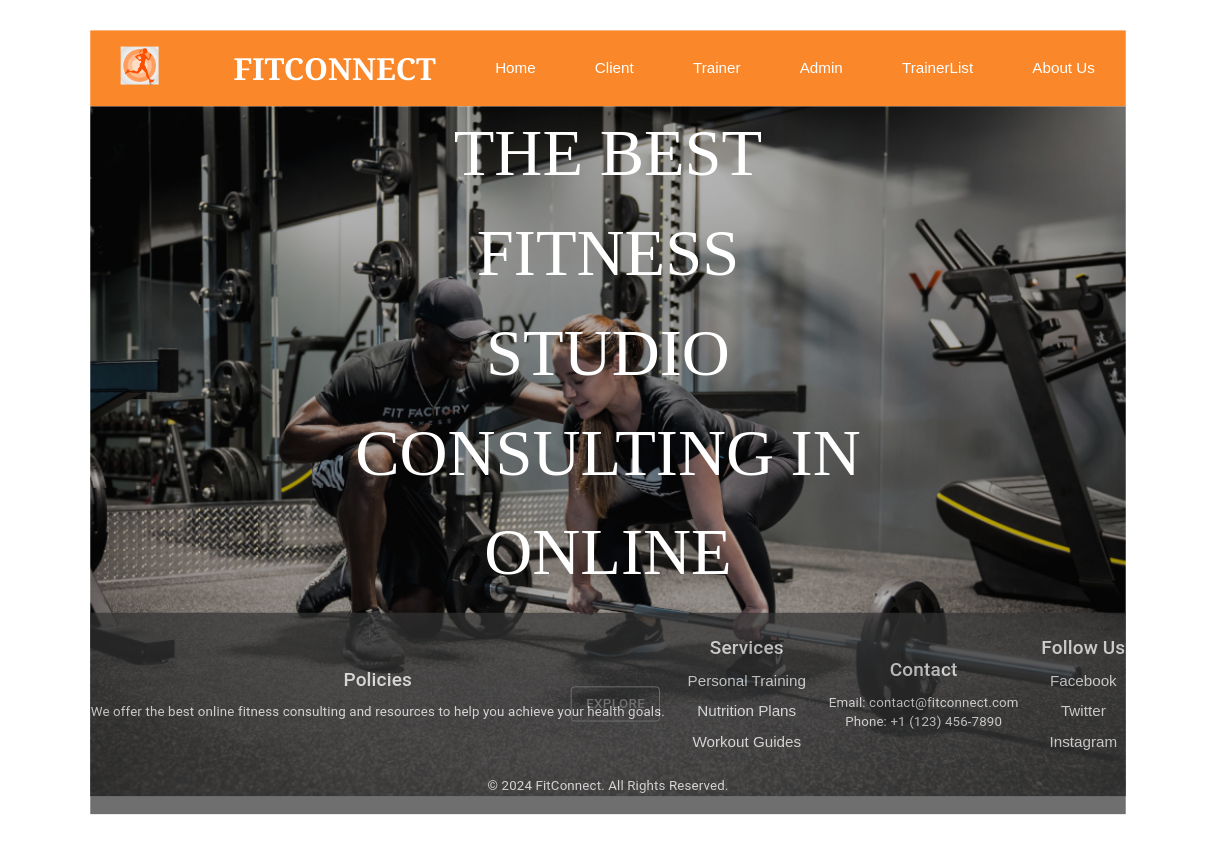
Repository: sarathraj2002/fitconnect
Page: / (app in Frontend/)
These files come from the project's save history. The page is drawn as it stood at one moment and after the next save; the edit follows.
The browser window is 1280 px wide. The pictures show the whole page, at 95% of full size.
The project was rebuilt for these pictures with package versions that can differ from the ones it lists, and the page was loaded fresh each time. Also part of the build but not shown: Frontend/vite.config.js, Frontend/src/components/ClientPage.jsx, Frontend/src/components/TrainerPage.jsx, Frontend/src/components/AdminPage.css, Frontend/src/components/AdminPage.jsx, Frontend/src/components/TrainerListPage.jsx, Frontend/src/components/AboutUs.jsx, Frontend/src/components/ClientRegister.css and 5 more.

Above is the page before, as saved 2024-11-17 22:40:05.

### Frontend/index.html
<!doctype html>
<html lang="en">
  <head>
    <meta charset="UTF-8" />
    <link rel="icon" type="image/svg+xml" href="/vite.svg" />
    <meta name="viewport" content="width=device-width, initial-scale=1.0" />
    <title>FitConnect</title>
  </head>
  <body>
    <div id="root"></div>
    <script type="module" src="/src/main.jsx"></script>
  </body>
</html>

### Frontend/src/App.jsx
import React from 'react';
import { useState } from 'react'
import './App.css'
import { Route, Routes } from 'react-router-dom';
import NavBar from './components/NavBar';
import ClientPage from './components/ClientPage.jsx';
import TrainerPage from './components/TrainerPage';
import AdminPage from './components/AdminPage';
import TrainerListPage from './components/TrainerListPage';
import AboutUs from './components/AboutUs.jsx';
import Home from './components/Home.jsx';
import ClientRegister from './components/ClientRegister.jsx';
import Blog from './components/Blog.jsx';
import TrainerRegister from './components/TrainerRegister.jsx';
import TrainerProfile from './components/TrainerProfile.jsx';

function App() {
  const [count, setCount] = useState(0)

  return (
    <>


      <NavBar />
      <Routes>
        <Route path="/" element={<Home />}></Route>
        <Route path="/client" element={<ClientPage />}></Route>
        <Route path="/trainer" element={<TrainerPage />} ></Route>
        <Route path="/admin" element={<AdminPage />}></Route>
        <Route path="/trainerlist" element={<TrainerListPage />}></Route>
        <Route path="/about" element={<AboutUs />}></Route>
        <Route path="/register" element={<ClientRegister />}></Route>
        <Route path="/trainerregister" element={<TrainerRegister />}></Route>
        <Route path="/blog" element={<Blog/>}></Route>
        <Route path="/profile" element={<TrainerProfile />}></Route>

      </Routes>



    </>
  )
}

export default App

### Frontend/src/components/Navbar.jsx
import React from 'react';
import { Link } from 'react-router-dom';
import './navbar.css';
import { assets } from '../assets/assets';
const Navbar = () => {
  return (
     <nav className="navbar">
    {/* Logo */}
    <div className="navbar-logo">
      <img src={assets.logo} alt="Logo" />
    </div>
    <div className='head'>
     <b> FITCONNECT</b>
    </div>


        <Link to="/" style={{textDecoration:'none',color:'white'}}>Home</Link>
        <Link to="/client" style={{textDecoration:'none',color:'white'}}>Client</Link>
        <Link to="/trainer" style={{textDecoration:'none',color:'white'}}>Trainer</Link>
        <Link to="/admin" style={{textDecoration:'none',color:'white'}}>Admin</Link>
        <Link to="/trainerlist" style={{textDecoration:'none',color:'white'}}>TrainerList</Link>
        <Link to="/about" style={{textDecoration:'none',color:'white'}}>About Us</Link>

    </nav>
  );
};

export default Navbar;

### Frontend/src/components/Home.jsx
import React from 'react'
import { assets } from '../assets/assets'
import Button from '@mui/material/Button';
import { Stack } from '@mui/material';
import { Link, useNavigate } from 'react-router-dom';
import Footer from './Footer';

const Home = () => {

  const navigate=useNavigate()

  return (

    <>

    <div className='img' style={{ position: 'relative', textAlign: 'center' }}>

    <img
      style={{  width: '100%',filter: 'brightness(70%)' }}
      src={assets.head1}
      alt=""
    />
    <p
      style={{
        position: 'absolute',
        top: '50%',
        left: '50%',
        transform: 'translate(-50%, -50%)',
        color: 'white',
        fontSize: '70px',

        fontFamily:'fantasy'
      }}
    >
      THE BEST FITNESS STUDIO CONSULTING IN ONLINE
      <Stack spacing={2} direction="row" alignItems="center"
      justifyContent="center"
      style={{ height: '30vh' }} >

      <Link to="/blog" style={{ textDecoration: 'none' }}></Link>
      <Button onClick={()=>navigate('/blog')} variant="outlined" sx={{ color: 'white', borderColor: 'white' }}>EXPLORE </Button>
    </Stack>

    </p>




    </div>
    <Footer />
    </>
  )
}

export default Home;

### Frontend/src/components/Navbar.css
* {
  margin: 0;
  padding: 0;
  box-sizing: border-box;
}

body {
  font-family: Arial, sans-serif;
}

.navbar {
  display: flex;
  align-items: center;
  justify-content: space-between;
  background-color: #fa8729;
  padding: 1rem 2rem;
  color: white;
  width: 100%;
}

.navbar-logo img {
  height: 40px;
  width: auto;
}

.head {
  font-size: xx-large;
  font-family: Georgia, 'Times New Roman', Times, serif;
  color: white;
  margin-left: 1rem;
}

.navbar-links {
  display: flex;
  gap: 1.5rem;
  list-style: none;
  margin-left: auto; /* Align links to the right */
}

.navbar-links a {
  text-decoration: none;
  color: white;
  font-size: 1rem;
  transition: color 0.3s ease;
}

.navbar-links a:hover {
  color: #ec7819;
}

.navbar-toggle {
  display: none;
  font-size: 1.5rem;
  color: white;
  cursor: pointer;
}

/* Mobile view adjustments */
@media (max-width: 768px) {
  .navbar {
      flex-direction: column;
      align-items: flex-start;
  }

  .navbar-links {
      display: none;
      flex-direction: column;
      width: 100%;
      background-color: #fa8729;
      position: absolute;
      top: 100%;
      left: 0;
      padding: 1rem 2rem;
      border-radius: 0;
  }

  .navbar-links.open {
      display: flex;
  }

  .navbar-toggle {
      display: block;
  }

  .head {
      margin-left: 0;
      margin-bottom: 1rem;
  }
}

### Frontend/src/assets/assets.js
import logo from './logo.png';
import head1 from './head1.png'

export const assets={
    logo,
    head1
};

### Frontend/src/components/Footer.jsx

import React from 'react';
import { Box, Typography, Link, Stack } from '@mui/material';

const Footer = () => {
  return (
    <Box
      component="footer"
      sx={{
        backgroundColor: '#333',
        opacity:'70%',
        color: 'white',
        padding: '20px 0',
        textAlign: 'center',
        mt: -25
      }}
    >
      <Stack
        direction={{ xs: 'column' ,sm:'row' }}
        spacing={3}
        justifyContent="center"
        alignItems="center"
      >

        <Box>
          <Typography variant="h6">Policies</Typography>
          <Typography variant="body2" sx={{ mt: 1 }}>
            We offer the best online fitness consulting and resources to help you achieve your health goals.
          </Typography>
        </Box>


        <Box>
          <Typography variant="h6">Services</Typography>
          <Link href="/services" color="inherit" underline="none" sx={{ display: 'block', mt: 1 }}>
            Personal Training
          </Link>
          <Link href="/services" color="inherit" underline="none" sx={{ display: 'block', mt: 1 }}>
            Nutrition Plans
          </Link>
          <Link href="/services" color="inherit" underline="none" sx={{ display: 'block', mt: 1 }}>
            Workout Guides
          </Link>
        </Box>


        <Box>
          <Typography variant="h6">Contact</Typography>
          <Typography variant="body2" sx={{ mt: 1 }}>Email: contact@fitconnect.com</Typography>
          <Typography variant="body2">Phone: +1 (123) 456-7890</Typography>
        </Box>


        <Box>
          <Typography variant="h6">Follow Us</Typography>
          <Link href="https://facebook.com" color="inherit" underline="none" sx={{ display: 'block', mt: 1 }}>
            Facebook
          </Link>
          <Link href="https://twitter.com" color="inherit" underline="none" sx={{ display: 'block', mt: 1 }}>
            Twitter
          </Link>
          <Link href="https://instagram.com" color="inherit" underline="none" sx={{ display: 'block', mt: 1 }}>
            Instagram
          </Link>
        </Box>
      </Stack>


      <Typography variant="body2" sx={{ mt: 3 }}>
        &copy; {new Date().getFullYear()} FitConnect. All Rights Reserved.
      </Typography>
    </Box>
  );
};

export default Footer;

Loaded but not shown: Frontend/src/main.jsx (common file); Frontend/src/index.css (common file); Frontend/src/App.css (common file)

After the next save:
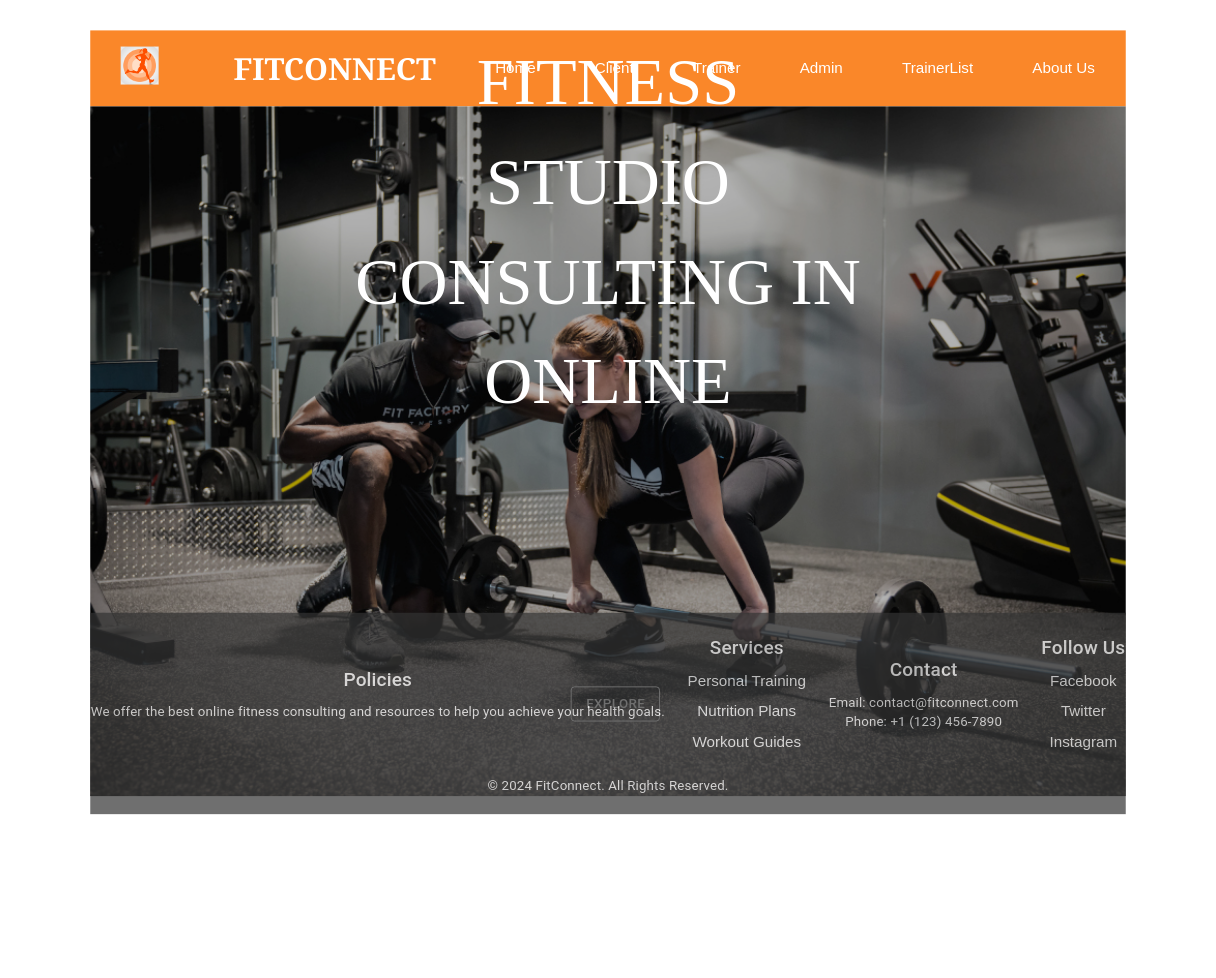
Saved 6 s later.
--- a/Frontend/src/components/Home.jsx
+++ b/Frontend/src/components/Home.jsx
@@ -35,7 +35,7 @@ const Home = () => {
       THE BEST FITNESS STUDIO CONSULTING IN ONLINE
       <Stack spacing={2} direction="row" alignItems="center"
       justifyContent="center"
-      style={{ height: '30vh' }} >
+      style={{ height: '80vh' }} >
 
       <Link to="/blog" style={{ textDecoration: 'none' }}></Link>
       <Button onClick={()=>navigate('/blog')} variant="outlined" sx={{ color: 'white', borderColor: 'white' }}>EXPLORE </Button>
